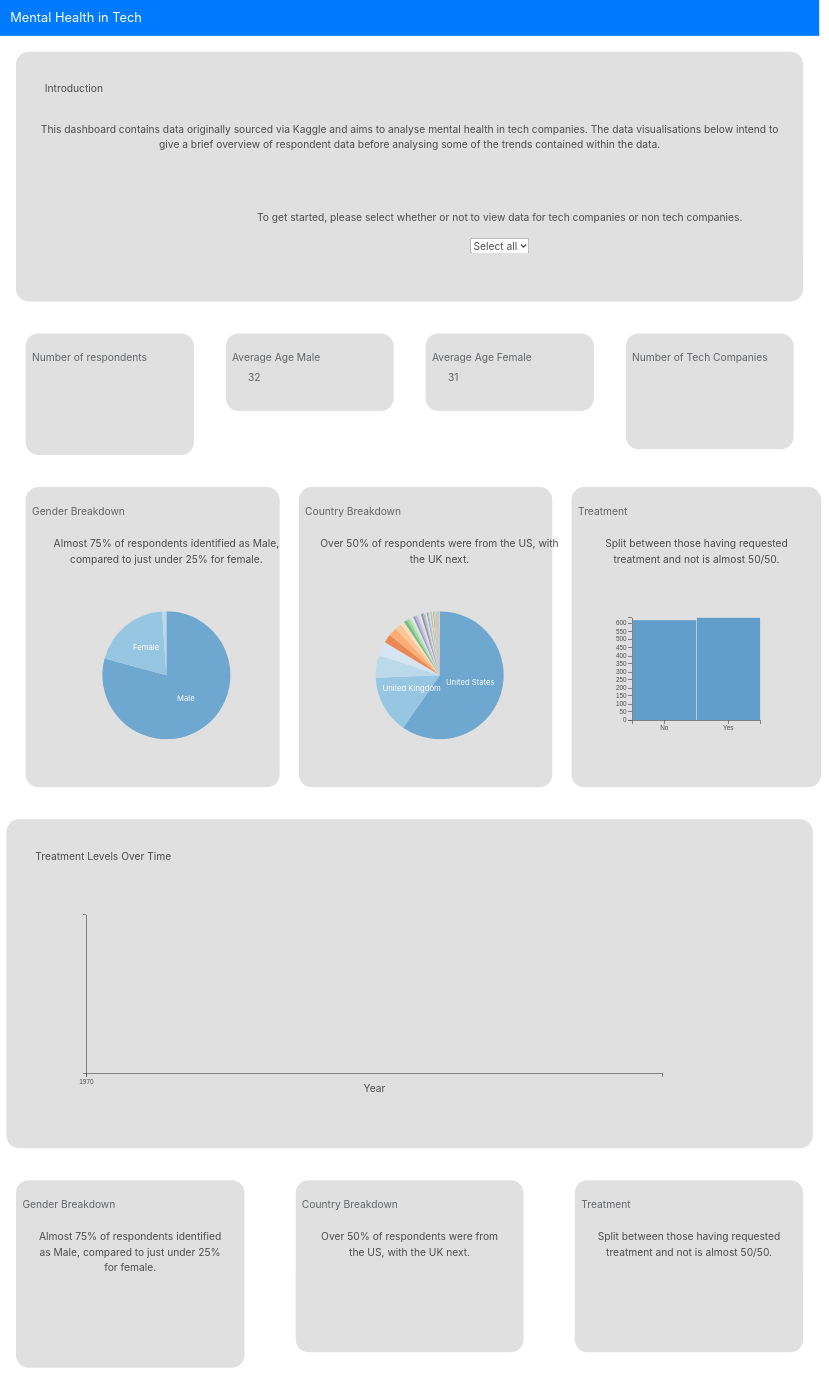
Repository: martingr1/mhdashboard
Page: index.html
The author's editor kept a record of every edit. The page is drawn from the files as they stood at one moment, then again after the next edit.
The browser window is 1280 px wide. The page is 1295 px wide, so the pictures cover 1295 px, including what lies to the right of the window. The pictures show the whole page, at 64% of full size.
Some web libraries are served in a nearby version.

Above is the page before.

### index.html
<html>

<head>

    <meta charset="UTF-8">
    <meta name="viewport" content="width=device-width, initial-scale=1.0">
    <meta http-equiv="X-UA-Compatible" content="ie=edge">
    <title>Mental Health in Tech</title>

    <link rel="stylesheet" href="https://stackpath.bootstrapcdn.com/bootstrap/4.3.1/css/bootstrap.min.css" integrity="sha384-ggOyR0iXCbMQv3Xipma34MD+dH/1fQ784/j6cY/iJTQUOhcWr7x9JvoRxT2MZw1T" crossorigin="anonymous">
    <link rel="stylesheet" href="static/css/dc.min.css" type="text/css" />
    <link rel="stylesheet" type="text/css" href="https://maxcdn.bootstrapcdn.com/font-awesome/4.7.0/css/font-awesome.min.css">
    <link rel="stylesheet" href="static/css/style.css" type="text/css" />


    <script type="text/javascript" src="static/js/d3.min.js"></script>
    <script type="text/javascript" src="static/js/crossfilter.min.js"></script>
    <script type="text/javascript" src="static/js/dc.min.js"></script>
    <script type="text/javascript" src="static/js/queue.min.js"></script>
    <script type="text/javascript" src="static/js/graph.js"></script>

</head>

<body class="background-image">

    <nav class="navbar navbar-expand-lg navbar-dark bg-primary">
        <a class="navbar-brand" href="#">Mental Health in Tech</a>
    </nav>

    <section class="section container-fluid">
        <div class="row no-gutters">
            <article class="article col-lg-12">
                <div class="row text-center">
                    <div class="row content-box">
                        <div class="row text-center chart-text">Introduction</div>
                        <hr class="line">
                        <div class="row text-center">
                            <p class="chart-text">This dashboard contains data originally sourced via Kaggle and aims to analyse mental health in tech companies. The data visualisations below intend to give a brief overview of respondent data before analysing some of the trends
                                contained within the data. </p>
                        </div>
                        <hr class="line">
                        <div class="chart" id="select_company">
                            <p class="chart-text">To get started, please select whether or not to view data for tech companies or non tech companies.</p>
                        </div>
            </article>
            </div>
            <div class="row no-gutters">
                <article class="article col-xs-12 col-sm-6 col-lg-3">

                    <div class="row no-gutters text-center">
                        <div class="row content-box">
                            <div class="row">
                                <div class="text-center">Number of respondents</div>
                                <hr class="line">
                                <div>
                                    <p class="chart-text"></p>
                                </div>
                                <div class="row">
                                    <div class="chart" id=" "></div>
                                </div>
                            </div>
                        </div>
                    </div>
                </article>

                <article class="article col-xs-12 col-sm-6 col-lg-3">
                    <div class="row no-gutters text-center">
                        <div class="row content-box">
                            <div class="row">
                                <div class="text-center">Average Age Male</div>
                                <hr class="line">
                                <div>
                                    <p class="chart-text"></p>
                                </div>
                                <div class="row">
                                    <div class="age_display" id="average_age_male"></div>
                                </div>
                            </div>
                        </div>
                    </div>
                </article>

                <article class="article col-xs-12 col-sm-6 col-lg-3">
                    <div class="row no-gutters text-center">
                        <div class="row content-box">
                            <div class="row">
                                <div class="text-center">Average Age Female</div>
                                <hr class="line">
                                <div>
                                    <p class="chart-text"></p>
                                </div>
                                <div class="row">
                                    <div class="age_display" id="average_age_gender"></div>
                                </div>
                            </div>
                        </div>
                    </div>
                </article>

                <article class="article col-xs-12 col-sm-6 col-lg-3">
                    <div class="row no-gutters text-center">
                        <div class="row content-box">
                            <div class="row">
                                <div class="text-center">Number of Tech Companies</div>
                                <hr class="line">
                                <div>
                                    <p class="chart-text"></p>
                                </div>
                                <div class="row">
                                    <div class="chart" id=" "></div>
                                </div>
                            </div>
                        </div>
                    </div>
                </article>
            </div>

            <div class="row">
                <article class="article col-xs-12 col-sm-6 col-lg-4">
                    <div class="row no-gutters text-center">
                        <div class="row content-box">
                            <div class="row">
                                <div class="text-center">Gender Breakdown</div>
                                <hr class="line">
                                <div>
                                    <p class="chart-text">Almost 75% of respondents identified as Male, compared to just under 25% for female.</p>
                                </div>
                                <div class="row">
                                    <div class="chart" id="gender_breakdown"></div>
                                </div>
                            </div>
                        </div>
                    </div>
                </article>

                <article class="article col-xs-12 col-sm-6 col-lg-4">
                    <div class="row no-gutters text-center">
                        <div class="row content-box">
                            <div class="row">
                                <div class="text-center">Country Breakdown</div>
                                <hr class="line">
                                <div>
                                    <p class="chart-text">Over 50% of respondents were from the US, with the UK next.</p>
                                </div>
                                <div class="row">
                                    <div class="chart" id="country_breakdown"></div>
                                </div>
                            </div>
                        </div>
                    </div>
                </article>

                <article class="article col-xs-12 col-sm-6 col-lg-4">
                    <div class="row no-gutters text-center">
                        <div class="row content-box">
                            <div class="row">
                                <div class="text-center">Treatment</div>
                                <hr class="line">
                                <div>
                                    <p class="chart-text">Split between those having requested treatment and not is almost 50/50.</p>
                                </div>
                                <div class="row">
                                    <div class="chart" id="treatment_chart"></div>
                                </div>
                            </div>
                        </div>
                    </div>
                </article>
            </div>

    </section>

    <div class="row">
        <article class="article col-lg-12">
            <div class="row text-center">
                <div class="row content-box">
                    <div class="row text-center chart-text">Treatment Levels Over Time</div>
                    <hr class="line">
                    <div class="row text-center">
                        <p class="chart-text"> </p>
                    </div>
                    <div class="chart" id="treatment_timeline"></div>
                </div>
            </div>
        </article>
    </div>

    <div class="row">
        <article class="article col-xs-12 col-sm-6 col-lg-4">
            <div class="row no-gutters text-center">
                <div class="row content-box">
                    <div class="row">
                        <div class="text-center">Gender Breakdown</div>
                        <hr class="line">
                        <div>
                            <p class="chart-text">Almost 75% of respondents identified as Male, compared to just under 25% for female.</p>
                        </div>
                        <div class="row">
                            <div class="chart" id=""></div>
                        </div>
                    </div>
                </div>
            </div>
        </article>

        <article class="article col-xs-12 col-sm-6 col-lg-4">
            <div class="row no-gutters text-center">
                <div class="row content-box">
                    <div class="row">
                        <div class="text-center">Country Breakdown</div>
                        <hr class="line">
                        <div>
                            <p class="chart-text">Over 50% of respondents were from the US, with the UK next.</p>
                        </div>
                        <div class="row">
                            <div class="chart" id=""></div>
                        </div>
                    </div>
                </div>
            </div>
        </article>

        <article class="article col-xs-12 col-sm-6 col-lg-4">
            <div class="row no-gutters text-center">
                <div class="row content-box">
                    <div class="row">
                        <div class="text-center">Treatment</div>
                        <hr class="line">
                        <div>
                            <p class="chart-text">Split between those having requested treatment and not is almost 50/50.</p>
                        </div>
                        <div class="row">
                            <div class="chart" id=""></div>
                        </div>
                    </div>
                </div>
            </div>
        </article>
    </div>


    <script src="https://code.jquery.com/jquery-3.2.1.js" integrity="sha256-DZAnKJ/6XZ9si04Hgrsxu/8s717jcIzLy3oi35EouyE=" crossorigin="anonymous"></script>

</body>

</html>

### static/css/style.css
/*.background-image {
	background-image: url("static/images/clouds_sunset_sky_119785_3840x2400.jpg");
	background-position: center center;
} */

.intro-box {
	box-sizing: border-box;
	border-radius: 20px;
	background-color: #D3D3D3;
	opacity: 0.7;
	display: flex;
	width: 100%;
	height: auto;
	margin: 25px;
	padding: 25px;
}

.content-box {
	box-sizing: border-box;
	border-radius: 20px;
	background-color: #D3D3D3;
	opacity: 0.7;
	display: flex;
	width: 100%;
	height: auto;
	margin: 25px;
	padding: 25px;
}

.chart {
	height: auto;
	margin: 25px;
	padding: 25px;
}

.chart-text {
	font-size: medium;
	color: black;
	margin: 10px;
	padding: 10px;
}

.line {
	margin: 15px auto 15px;
	color: #FFFFFF;
	max-width: 75%;
}

### static/js/graph.js
queue()
    .defer(d3.csv, "data/mhsurvey2.csv")
    .await(makeGraphs);

function makeGraphs(error, healthData) {

    var ndx = crossfilter(healthData);

    var parseDate = d3.time.format("%d/%m/%Y").parse;


    healthData.forEach(function(d) {
        d.age = parseInt(d.age);
        d.date = parseDate(d.date);

    })

    show_average_age_gender(ndx, "Female", "#average_age_gender");
    show_average_age_gender(ndx, "Male", "#average_age_male");

    show_select_company(ndx);
    show_gender_breakdown(ndx);
    show_country_breakdown(ndx);
    show_treatment_levels(ndx);

    show_treatment_timeline(ndx);


    dc.renderAll();
}

function show_select_company(ndx) {
    var dim = ndx.dimension(dc.pluck("techcompany"));
    var group = dim.group();

    dc.selectMenu("#select_company")
        .dimension(dim)
        .group(group);
}

function show_gender_breakdown(ndx) {

    var dim = ndx.dimension(dc.pluck("gender"));
    var group = dim.group();

    dc.pieChart('#gender_breakdown')
        .height(200)
        .radius(480)
        .transitionDuration(500)
        .dimension(dim)
        .group(group);
}

function show_country_breakdown(ndx) {

    var dim = ndx.dimension(dc.pluck("country"));
    var group = dim.group();

    dc.pieChart('#country_breakdown')
        .height(200)
        .radius(400)
        .transitionDuration(500)
        .dimension(dim)
        .group(group);
}

function show_treatment_levels(ndx) {

    var dim = ndx.dimension(dc.pluck("treatment"));
    var group = dim.group();

    dc.barChart('#treatment_chart')
        .width(300)
        .height(200)
        .margins({ top: 10, right: 50, bottom: 30, left: 50 })
        .dimension(dim)
        .group(group)
        .x(d3.scale.ordinal())
        .xUnits(dc.units.ordinal)
}

function show_average_age_gender(ndx, gender, element) {
    var averageAgeByGender = ndx.groupAll().reduce(
        function(p, v) {
            if (v.gender === gender) {
                p.count++;
                p.total += v.age;
                p.average = p.total / p.count;
            }
            return p;
        },

        function(p, v) {
            if (v.gender === gender) {

                p.count--;
                p.total += v.age;
                p.average = p.total / p.count;
            }
            else {
                p.total -= v.age;
                p.average = p.total / p.count;
            }
            return p;
        },

        function() {
            return { count: 0, total: 0, average: 0 };
        },
    );

    dc.numberDisplay(element)
        .formatNumber(d3.format(".0f"))
        .valueAccessor(function(d) {
            if (d.count == 0) {
                return 0;
            }
            else {
                return (d.total / d.count);
            }
        })
        .group(averageAgeByGender);
}

function show_treatment_timeline(ndx) {
    var date_dim = ndx.dimension(dc.pluck('date'));
    var treatment = date_dim.group().reduce(
        function(p, v) {
            if (v.treatment === 'yes') {
                p.count++;
                p.total += v.treatment;
            }
            return p;
        },
        function(p, v) {
            if (v.treatment === 'yes') {
                p.count--;
                p.total += v.treatment;
            }
            return p;
        },
        function() {
            return { count: 0, total: 0 };
        },
    )

    var minDate = date_dim.bottom(1)[0].date;
    var maxDate = date_dim.top(1)[0].date;

    dc.lineChart("#treatment_timeline")

        .width(1000)
        .height(300)
        .margins({ top: 10, right: 50, bottom: 30, left: 50 })
        .dimension(date_dim)
        .group(treatment)
        .valueAccessor(function(d) {
            return d.value.treatment;
        })
        .transitionDuration(500)
        .x(d3.time.scale().domain([minDate, maxDate]))
        .xAxisLabel("Year")
        .yAxis().ticks(4);
}

Loaded but not shown: static/css/dc.min.css (library); static/js/d3.min.js (library); static/js/crossfilter.min.js (library); static/js/dc.min.js (library); static/js/queue.min.js (common file)

After the next edit:
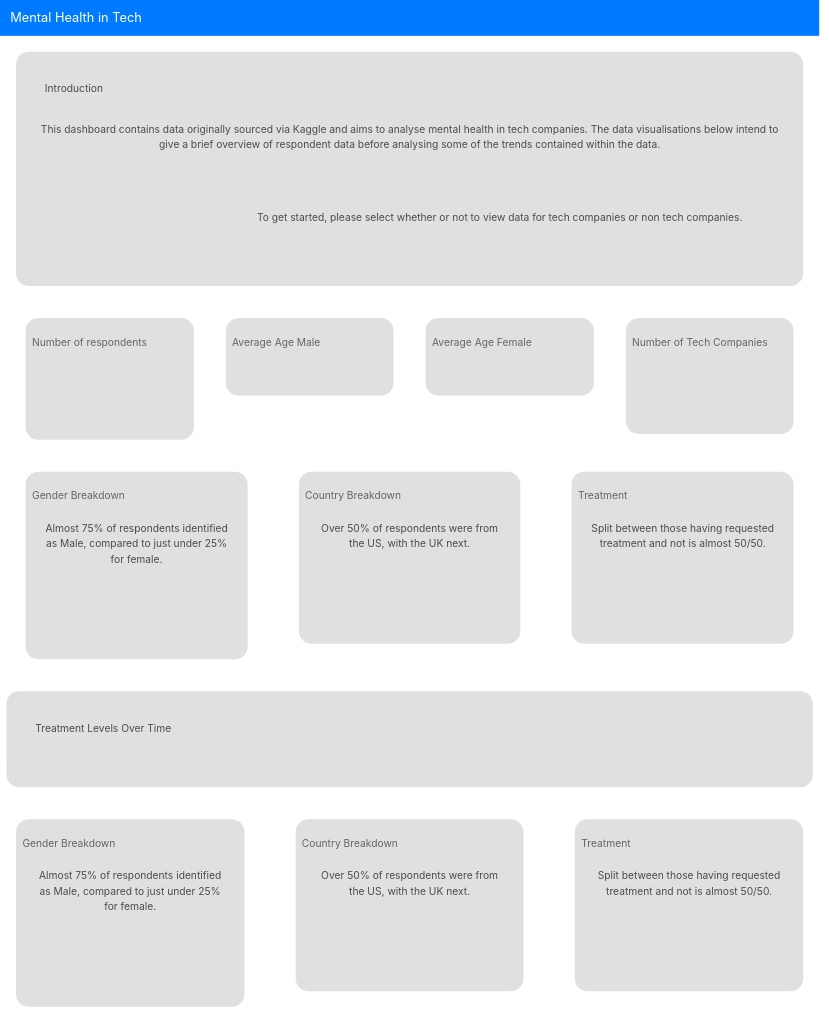
Console error: SyntaxError: Invalid or unexpected token
The edit:
--- a/static/js/graph.js
+++ b/static/js/graph.js
@@ -122,7 +122,7 @@
         .group(averageAgeByGender);
 }
 
-function show_treatment_timeline(ndx) {
+/* function show_treatment_timeline(ndx) {
     var date_dim = ndx.dimension(dc.pluck('date'));
     var treatment = date_dim.group().reduce(
         function(p, v) {

After the edit that followed:
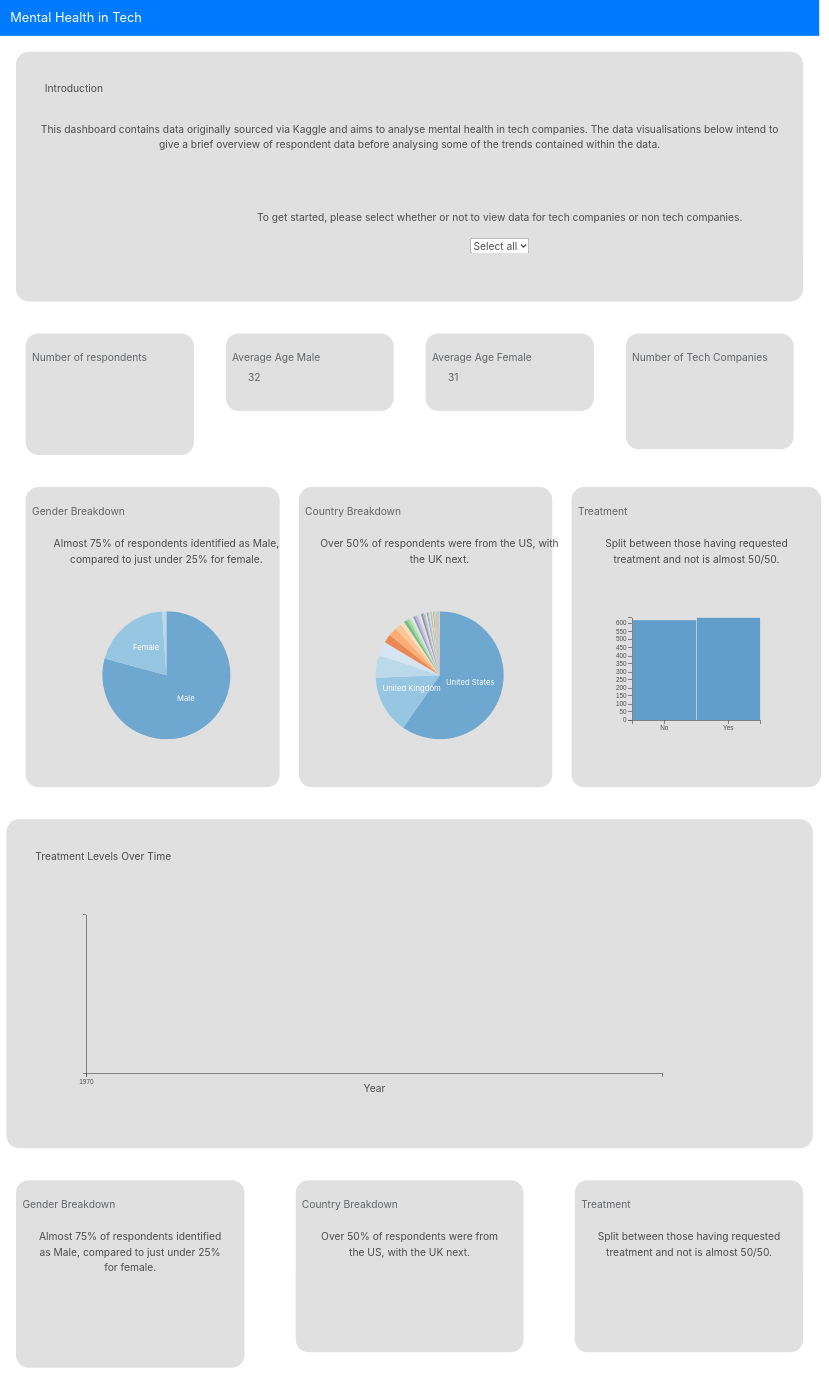
The error is gone.
The edit:
--- a/static/js/graph.js
+++ b/static/js/graph.js
@@ -122,7 +122,7 @@
         .group(averageAgeByGender);
 }
 
-/* function show_treatment_timeline(ndx) {
+function show_treatment_timeline(ndx) {
     var date_dim = ndx.dimension(dc.pluck('date'));
     var treatment = date_dim.group().reduce(
         function(p, v) {
